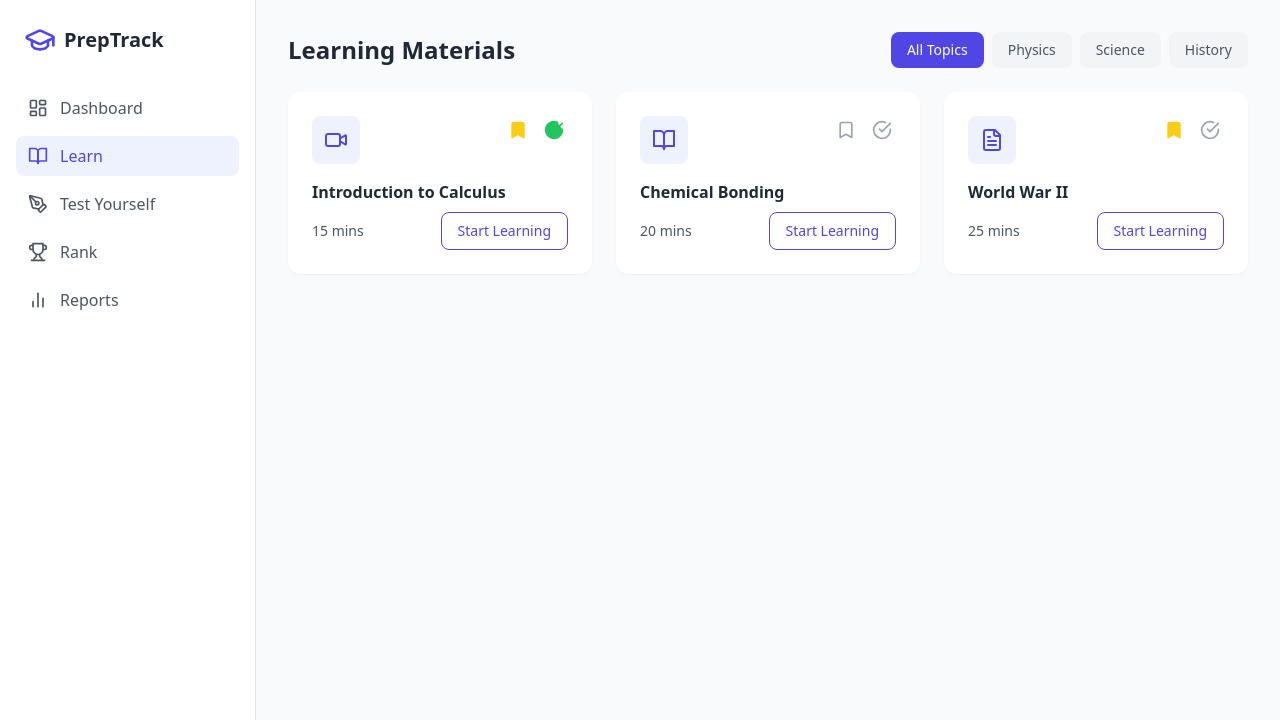
Repository: Krishna3451/preptracker
Page: /learn
These files come from the project's save history. The page is drawn as it stood at one moment and after a run of saves; the edit follows.
The browser window is 1280 px wide. The pictures show the whole page.
The project was rebuilt for these pictures with package versions that can differ from the ones it lists, and the page was loaded fresh each time. Also part of the build but not shown: vite.config.ts, src/pages/Dashboard.tsx, src/pages/TestYourself.tsx, src/pages/Rank.tsx, src/pages/Reports.tsx, src/pages/Landing.tsx.

Above is the page before, as saved 2025-02-14 12:24:02.

### src/App.tsx
import React from 'react';
import { BrowserRouter as Router, Routes, Route, useLocation } from 'react-router-dom';
import Sidebar from './components/Sidebar';
import Dashboard from './pages/Dashboard';
import Learn from './pages/Learn';
import TestYourself from './pages/TestYourself';
import Rank from './pages/Rank';
import Reports from './pages/Reports';
import Landing from './pages/Landing';

const AppLayout = ({ children }: { children: React.ReactNode }) => {
  const location = useLocation();
  const isLandingPage = location.pathname === '/';

  if (isLandingPage) {
    return children;
  }

  return (
    <div className="flex min-h-screen bg-gray-50">
      <Sidebar />
      <main className="flex-1 p-8">
        {children}
      </main>
    </div>
  );
};

function App() {
  return (
    <Router>
      <AppLayout>
        <Routes>
          <Route path="/" element={<Landing />} />
          <Route path="/dashboard" element={<Dashboard />} />
          <Route path="/learn" element={<Learn />} />
          <Route path="/test" element={<TestYourself />} />
          <Route path="/rank" element={<Rank />} />
          <Route path="/reports" element={<Reports />} />
        </Routes>
      </AppLayout>
    </Router>
  );
}

export default App;

### src/components/Sidebar.tsx
import React from 'react';
import { NavLink } from 'react-router-dom';
import { LayoutDashboard, BookOpen, PenTool, Trophy, BarChart2, GraduationCap } from 'lucide-react';

const Sidebar = () => {
  const navItems = [
    { path: '/dashboard', icon: LayoutDashboard, label: 'Dashboard' },
    { path: '/learn', icon: BookOpen, label: 'Learn' },
    { path: '/test', icon: PenTool, label: 'Test Yourself' },
    { path: '/rank', icon: Trophy, label: 'Rank' },
    { path: '/reports', icon: BarChart2, label: 'Reports' },
  ];

  return (
    <div className="w-64 bg-white border-r border-gray-200 px-4 py-6">
      <div className="flex items-center gap-2 mb-8 px-2">
        <GraduationCap className="w-8 h-8 text-indigo-600" />
        <span className="text-xl font-bold text-gray-800">PrepTrack</span>
      </div>
      <nav className="space-y-2">
        {navItems.map((item) => (
          <NavLink
            key={item.path}
            to={item.path}
            className={({ isActive }) =>
              `flex items-center gap-3 px-3 py-2 rounded-lg transition-colors ${
                isActive
                  ? 'bg-indigo-50 text-indigo-600'
                  : 'text-gray-600 hover:bg-gray-50'
              }`
            }
          >
            <item.icon className="w-5 h-5" />
            <span>{item.label}</span>
          </NavLink>
        ))}
      </nav>
    </div>
  );
};

export default Sidebar;

### src/pages/Learn.tsx
import React, { useState } from 'react';
import { BookOpen, Video, FileText, Bookmark, CheckCircle } from 'lucide-react';

const Learn = () => {
  const [selectedCategory, setSelectedCategory] = useState('all');

  const categories = [
    { id: 'all', label: 'All Topics' },
    { id: 'Physics', label: 'Physics' },
    { id: 'Chemistry', label: 'Science' },
    { id: 'Biology', label: 'History' },
  ];

  const topics = [
    {
      id: 1,
      title: 'Introduction to Calculus',
      category: 'math',
      type: 'video',
      duration: '15 mins',
      completed: true,
      bookmarked: true,
    },
    {
      id: 2,
      title: 'Chemical Bonding',
      category: 'science',
      type: 'lesson',
      duration: '20 mins',
      completed: false,
      bookmarked: false,
    },
    {
      id: 3,
      title: 'World War II',
      category: 'history',
      type: 'document',
      duration: '25 mins',
      completed: false,
      bookmarked: true,
    },
  ];

  const filteredTopics = selectedCategory === 'all'
    ? topics
    : topics.filter(topic => topic.category === selectedCategory);

  const getTopicIcon = (type: string) => {
    switch (type) {
      case 'video':
        return Video;
      case 'document':
        return FileText;
      default:
        return BookOpen;
    }
  };

  return (
    <div className="space-y-6">
      <div className="flex justify-between items-center">
        <h1 className="text-2xl font-bold text-gray-800">Learning Materials</h1>
        <div className="flex gap-2">
          {categories.map((category) => (
            <button
              key={category.id}
              onClick={() => setSelectedCategory(category.id)}
              className={`px-4 py-2 rounded-lg text-sm ${
                selectedCategory === category.id
                  ? 'bg-indigo-600 text-white'
                  : 'bg-gray-100 text-gray-600 hover:bg-gray-200'
              }`}
            >
              {category.label}
            </button>
          ))}
        </div>
      </div>

      <div className="grid grid-cols-1 md:grid-cols-2 lg:grid-cols-3 gap-6">
        {filteredTopics.map((topic) => {
          const TopicIcon = getTopicIcon(topic.type);
          return (
            <div key={topic.id} className="bg-white p-6 rounded-xl shadow-sm">
              <div className="flex justify-between items-start mb-4">
                <div className="p-3 bg-indigo-50 rounded-lg">
                  <TopicIcon className="w-6 h-6 text-indigo-600" />
                </div>
                <div className="flex gap-2">
                  <button className="p-1 hover:bg-gray-100 rounded">
                    <Bookmark className={`w-5 h-5 ${
                      topic.bookmarked ? 'fill-yellow-400 text-yellow-400' : 'text-gray-400'
                    }`} />
                  </button>
                  <button className="p-1 hover:bg-gray-100 rounded">
                    <CheckCircle className={`w-5 h-5 ${
                      topic.completed ? 'fill-green-500 text-green-500' : 'text-gray-400'
                    }`} />
                  </button>
                </div>
              </div>
              <h3 className="font-semibold text-gray-800 mb-2">{topic.title}</h3>
              <div className="flex justify-between items-center">
                <span className="text-sm text-gray-600">{topic.duration}</span>
                <button className="px-4 py-2 text-sm text-indigo-600 border border-indigo-600 rounded-lg hover:bg-indigo-50">
                  Start Learning
                </button>
              </div>
            </div>
          );
        })}
      </div>
    </div>
  );
};

export default Learn;

Loaded but not shown: index.html (common file); src/main.tsx (common file); src/index.css (common file); tailwind.config.js (common file)

After the next 2 saves:
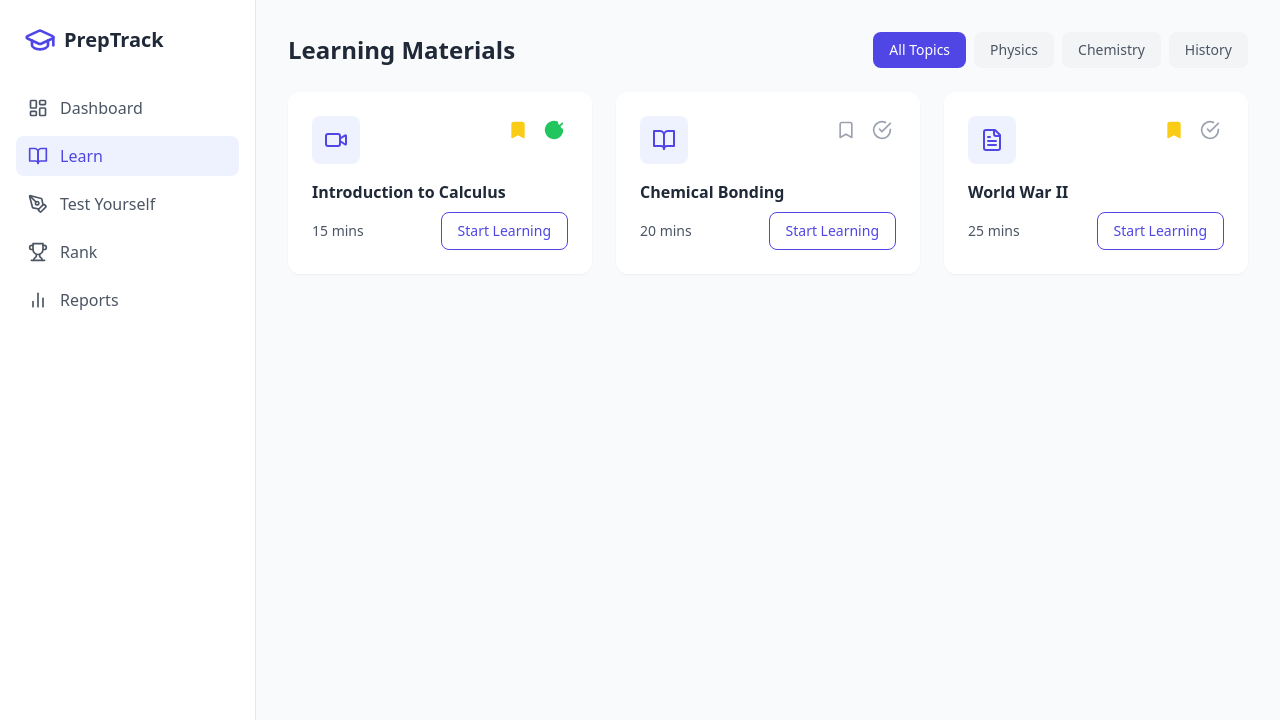
The 2 saves are shown as one change because they came seconds apart.
The last was saved 9 s later.
--- a/src/pages/Learn.tsx
+++ b/src/pages/Learn.tsx
@@ -7,7 +7,7 @@ const Learn = () => {
   const categories = [
     { id: 'all', label: 'All Topics' },
     { id: 'Physics', label: 'Physics' },
-    { id: 'Chemistry', label: 'Science' },
+    { id: 'Chemistry', label: 'Chemistry' },
     { id: 'Biology', label: 'History' },
   ];
 
